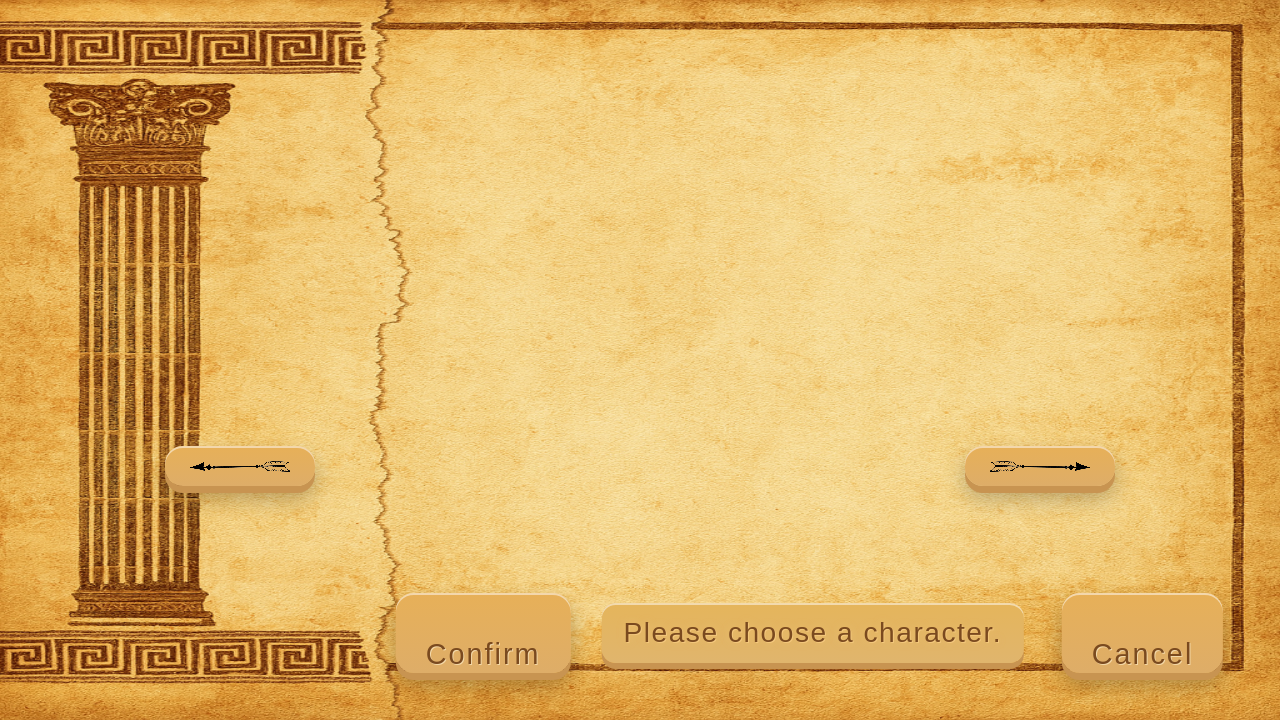
Repository: brianabariteau/Web-1-Final-Project-2025
Page: features/character-selection/character-selection.html
An editor plug-in stored every save of this project. The page is shown before and after the next save, followed by the edit.
The browser window is 1280 px wide. The pictures show the whole page.
The page's requests for data from a server got no answer. Some web fonts or font styles are not loaded; a fallback is used.

Above is the page before, as saved 2025-12-21 23:57:59.

After the next save:
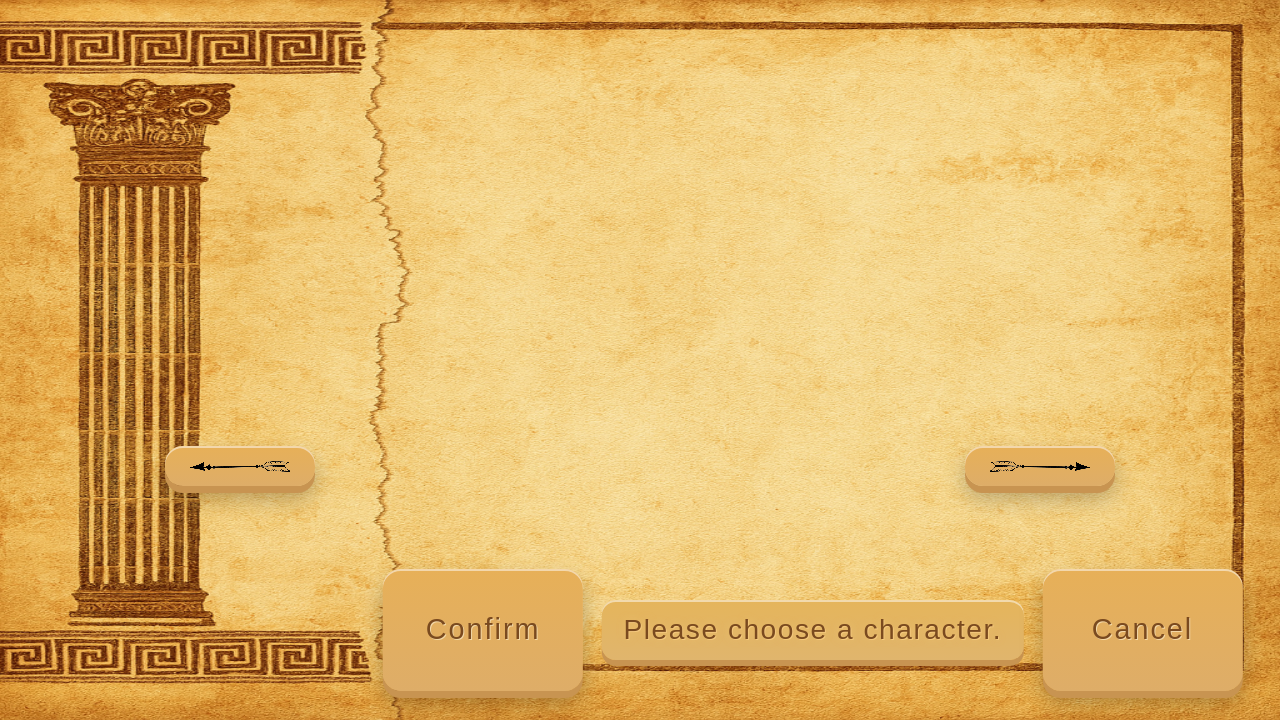
Saved 10 s later.
--- a/features/character-selection/character-selection.css
+++ b/features/character-selection/character-selection.css
@@ -272,9 +272,8 @@ body {
 
 .confirm,
 .cancel {
-  min-width: 150px;
+  min-width: 200px;
   padding: 16px 30px;
-  height: 80px;
 
   background: linear-gradient(to bottom, #e7b058, #dead68);
   border: none;
